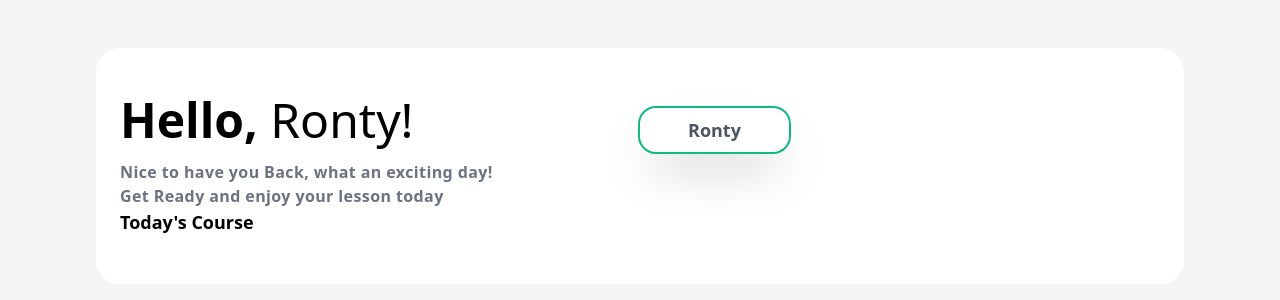
Repository: coolronts/Vite-Tailwind
Page: /
These files come from the project's save history. The page is drawn as it stood at one moment and after the next save; the edit follows.
The browser window is 1280 px wide. The pictures show the whole page.
The project was rebuilt for these pictures with package versions that can differ from the ones it lists, and the page was loaded fresh each time. Also part of the build but not shown: vite.config.js, src/components/Card/index.jsx.

Above is the page before, as saved 2021-11-26 07:13:47.

After the next save:
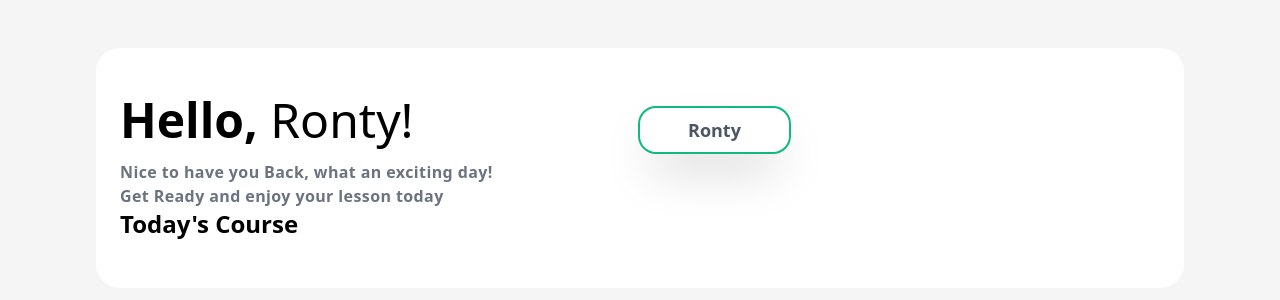
Saved 4 s later.
--- a/src/App.jsx
+++ b/src/App.jsx
@@ -19,7 +19,7 @@ function App() {
           </div>
 
           <div>
-            <p className="text-lg font-bold">Today's Course</p>
+            <p className="text-2xl font-bold">Today's Course</p>
           </div>
 
         </div>
